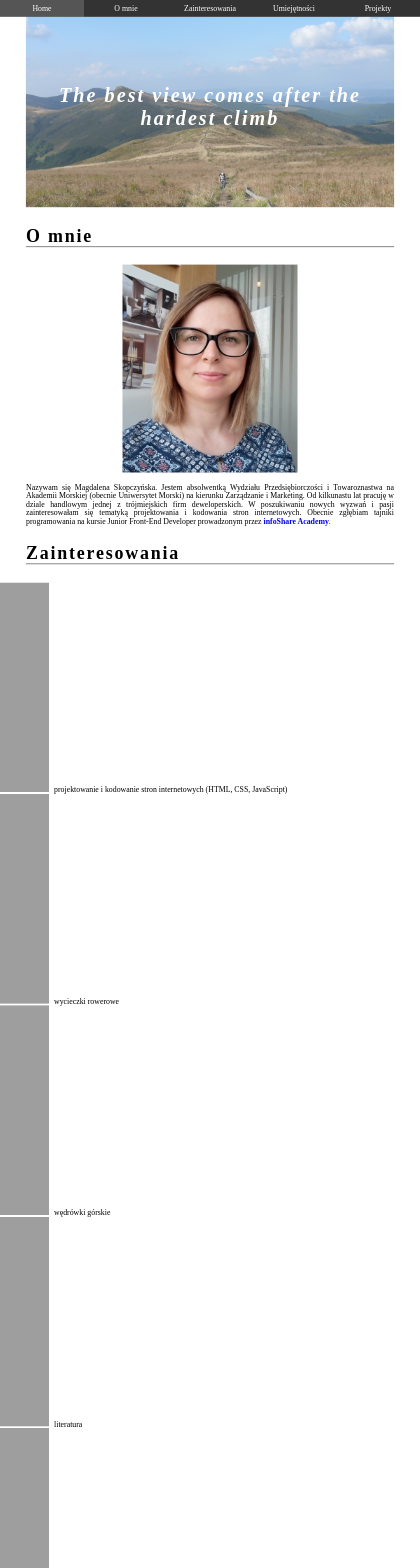
Repository: MagJaw/portfolio
Page: portfolio.html
The author's editor kept a copy of each file at every save. The page is drawn from the files as they stood at one save, then again after the next save.
The browser window is 600 px wide. The pictures show the part of the page from y = 0 to 2240 px (the page is 6930 px tall before and 7042 px after), at 70% of full size.
A picture or video elsewhere on the page could not be fetched, so the positions and the page height are approximate.

Above is the page before, as saved 2018-11-20 00:49:11.

After the next save:
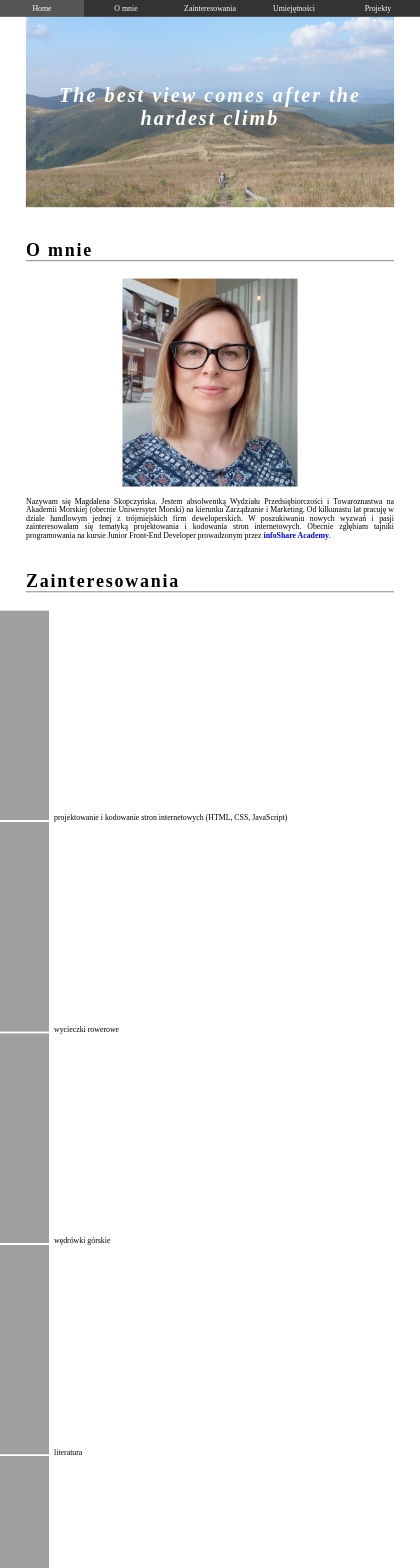
Saved 3 min 41 s later.
--- a/main.css
+++ b/main.css
@@ -224,6 +224,13 @@ p, li, .footer p {
 font-size: 0.7em;
 }
 
+#section2,
+#section3,
+#section4,
+#section5 {
+padding-top: 20px;
+}
+
 .header__section {
 font-size: 1.6em;
 }
